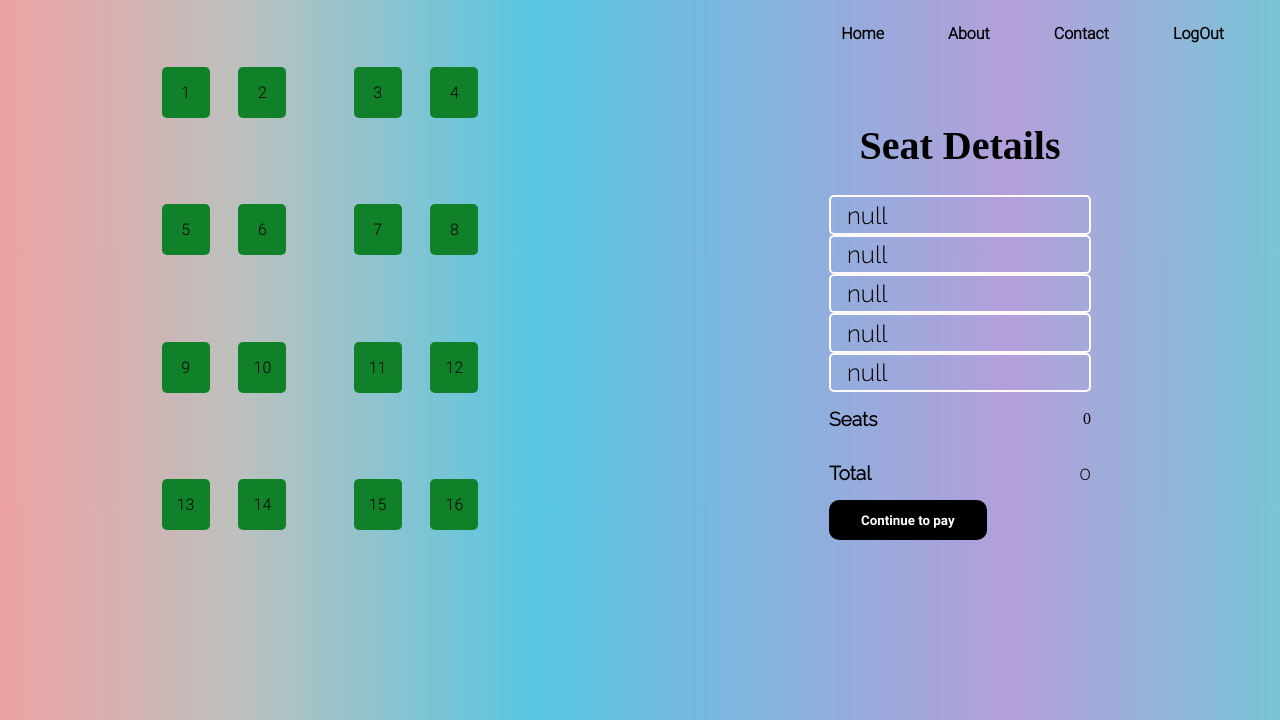
Repository: Savindushehan/RouteMaster-Group-project
Page: http://localhost/RouterMaster/UpdateBooking.jsp
An editor plug-in stored every save of this project. The page is shown before and after the next save, followed by the edit.
The browser window is 1280 px wide. The pictures show the whole page.
The page is served by Tomcat 10.

Above is the page before, as saved 2023-10-27 06:20:35.

After the next save:
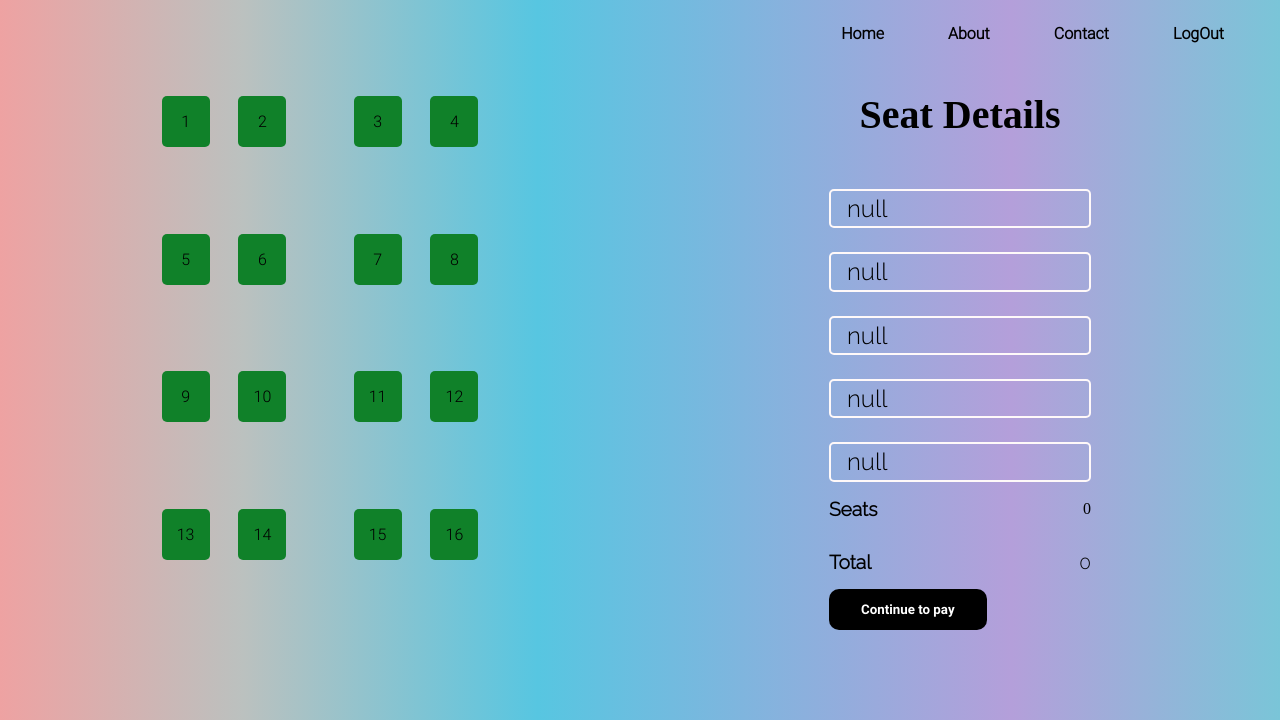
Saved 71 s later.
--- a/RouteMaster/RouterMaster/src/main/webapp/UpdateBooking.jsp
+++ b/RouteMaster/RouterMaster/src/main/webapp/UpdateBooking.jsp
@@ -154,6 +154,8 @@
           border: 2px solid red;
           border: none;
           background: transparent;
+                    margin-top: 1.5rem;
+
           border:2px solid rgb(255, 249, 249);
         }
          #btn:hover{
